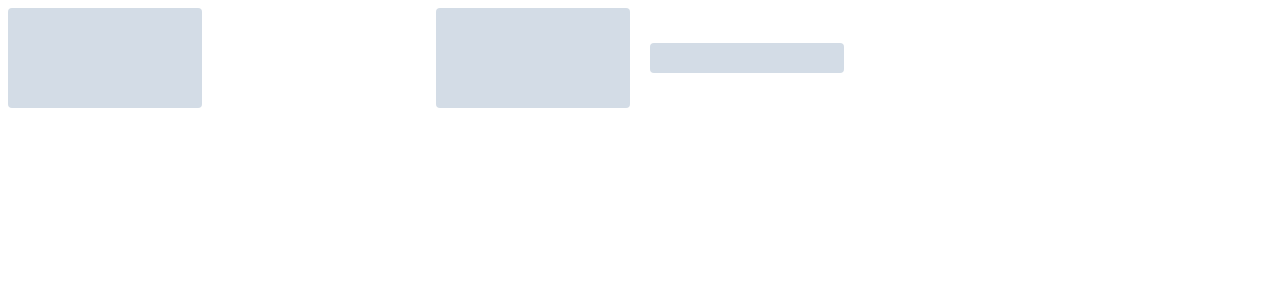
Repository: lagezhou888/element-vue2
Page: /#/button
These files come from the project's save history. The page is drawn as it stood at one moment and after a run of saves; the edit follows.
The browser window is 1280 px wide. The page is 1282 px wide, so the pictures cover 1282 px, including what lies to the right of the window. The pictures show the whole page.
The project was rebuilt for these pictures with package versions that can differ from the ones it lists, and the page was loaded fresh each time. Also part of the build but not shown: src/components/HelloWorld.vue, src/views/Home.vue.

Above is the page before, as saved 2021-05-13 11:30:50.

### src/main.js
import Vue from 'vue'
import ElementUI from 'element-ui'
import 'element-ui/lib/theme-chalk/index.css'
import App from './App.vue'

// fade/zoom 等
import 'element-ui/lib/theme-chalk/base.css'
// collapse 展开折叠
import CollapseTransition from 'element-ui/lib/transitions/collapse-transition'

import router from './router'
import store from './store'
import '@/plugins/element.js'

Vue.component(CollapseTransition.name, CollapseTransition)
Vue.use(ElementUI, { size: 'small', zIndex: 3000 })
Vue.use(ElementUI)
Vue.config.productionTip = false

new Vue({
  router,
  store,
  render: h => h(App)
}).$mount('#app')

### src/App.vue
<template>
  <div id="app">
    <!-- <div id="nav">
      <router-link to="/">Home</router-link> |
      <router-link to="/about">About</router-link>
    </div> -->
    <router-view/>
  </div>
</template>

<style lang="less">
#app {
  font-family: Avenir, Helvetica, Arial, sans-serif;
  -webkit-font-smoothing: antialiased;
  -moz-osx-font-smoothing: grayscale;
  text-align: center;
  color: #2c3e50;
}

#nav {
  padding: 30px;

  a {
    font-weight: bold;
    color: #2c3e50;

    &.router-link-exact-active {
      color: #42b983;
    }
  }
}
</style>

### src/router/index.js
import Vue from 'vue'
import VueRouter from 'vue-router'
import Home from '../views/Home.vue'

Vue.use(VueRouter)

const routes = [
  {
    path: '/',
    name: 'Home',
    component: Home
  },
  {
    path: '/about',
    name: 'About',
    // route level code-splitting
    // this generates a separate chunk (about.[hash].js) for this route
    // which is lazy-loaded when the route is visited.
    component: () => import(/* webpackChunkName: "about" */ '../views/About.vue')
  },
  {
    path: '/button',
    name: 'button',
    component: () => import('../views/components/use-button.vue')
  }
]

const router = new VueRouter({
  routes
})

export default router

### src/plugins/element.js
import Vue from 'vue'
import {
  Pagination,
  Dialog,
  Autocomplete,
  Dropdown,
  DropdownMenu,
  DropdownItem,
  Menu,
  Submenu,
  MenuItem,
  MenuItemGroup,
  Input,
  InputNumber,
  Radio,
  RadioGroup,
  RadioButton,
  Checkbox,
  CheckboxButton,
  CheckboxGroup,
  Switch,
  Select,
  Option,
  OptionGroup,
  Button,
  ButtonGroup,
  Table,
  TableColumn,
  DatePicker,
  TimeSelect,
  TimePicker,
  Popover,
  Tooltip,
  Breadcrumb,
  BreadcrumbItem,
  Form,
  FormItem,
  Tabs,
  TabPane,
  Tag,
  Tree,
  Alert,
  Slider,
  Icon,
  Row,
  Col,
  Upload,
  Progress,
  Spinner,
  Badge,
  Card,
  Rate,
  Steps,
  Step,
  Carousel,
  CarouselItem,
  Collapse,
  CollapseItem,
  Cascader,
  ColorPicker,
  Transfer,
  Container,
  Header,
  Aside,
  Main,
  Footer,
  Timeline,
  TimelineItem,
  Link,
  Divider,
  Image,
  Calendar,
  Backtop,
  PageHeader,
  CascaderPanel,
  Loading,
  MessageBox,
  Message,
  Notification
} from 'element-ui'

Vue.use(Pagination)
Vue.use(Dialog)
Vue.use(Autocomplete)
Vue.use(Dropdown)
Vue.use(DropdownMenu)
Vue.use(DropdownItem)
Vue.use(Menu)
Vue.use(Submenu)
Vue.use(MenuItem)
Vue.use(MenuItemGroup)
Vue.use(Input)
Vue.use(InputNumber)
Vue.use(Radio)
Vue.use(RadioGroup)
Vue.use(RadioButton)
Vue.use(Checkbox)
Vue.use(CheckboxButton)
Vue.use(CheckboxGroup)
Vue.use(Switch)
Vue.use(Select)
Vue.use(Option)
Vue.use(OptionGroup)
Vue.use(Button)
Vue.use(ButtonGroup)
Vue.use(Table)
Vue.use(TableColumn)
Vue.use(DatePicker)
Vue.use(TimeSelect)
Vue.use(TimePicker)
Vue.use(Popover)
Vue.use(Tooltip)
Vue.use(Breadcrumb)
Vue.use(BreadcrumbItem)
Vue.use(Form)
Vue.use(FormItem)
Vue.use(Tabs)
Vue.use(TabPane)
Vue.use(Tag)
Vue.use(Tree)
Vue.use(Alert)
Vue.use(Slider)
Vue.use(Icon)
Vue.use(Row)
Vue.use(Col)
Vue.use(Upload)
Vue.use(Progress)
Vue.use(Spinner)
Vue.use(Badge)
Vue.use(Card)
Vue.use(Rate)
Vue.use(Steps)
Vue.use(Step)
Vue.use(Carousel)
Vue.use(CarouselItem)
Vue.use(Collapse)
Vue.use(CollapseItem)
Vue.use(Cascader)
Vue.use(ColorPicker)
Vue.use(Transfer)
Vue.use(Container)
Vue.use(Header)
Vue.use(Aside)
Vue.use(Main)
Vue.use(Footer)
Vue.use(Timeline)
Vue.use(TimelineItem)
Vue.use(Link)
Vue.use(Divider)
Vue.use(Image)
Vue.use(Calendar)
Vue.use(Backtop)
Vue.use(PageHeader)
Vue.use(CascaderPanel)

Vue.use(Loading.directive)

Vue.prototype.$loading = Loading.service
Vue.prototype.$msgbox = MessageBox
Vue.prototype.$alert = MessageBox.alert
Vue.prototype.$confirm = MessageBox.confirm
Vue.prototype.$prompt = MessageBox.prompt
Vue.prototype.$notify = Notification
Vue.prototype.$message = Message

### src/views/components/use-button.vue
<template>
  <div>
    <el-row :gutter="20" tag="span" type="flex" align="middle" justify="start">
      <el-col :span="4"><div class="grid-content bg-purple"></div></el-col>
      <el-col :span="4"><div class="kong">&nbsp;</div></el-col>
      <el-col :span="4"><div class="grid-content bg-purple"></div></el-col>
      <el-col :span="4"><div class="grid-content-last bg-purple"></div></el-col>
    </el-row>
  </div>
</template>

<script>
export default ({

})
</script>

<style lang="less" scoped>
  @minH: 100px;
  .bg-purple {
    background: #d3dce6;
  }
  .grid-content {
    border-radius: 4px;
    min-height: @minH;
  }
  .grid-content-last {
    border-radius: 4px;
    min-height: 30px;
  }
  .kong {
    min-height: 1px;
  }
</style>

Loaded but not shown: public/index.html (common file); src/store/index.js (common file)

After the next 2 saves:
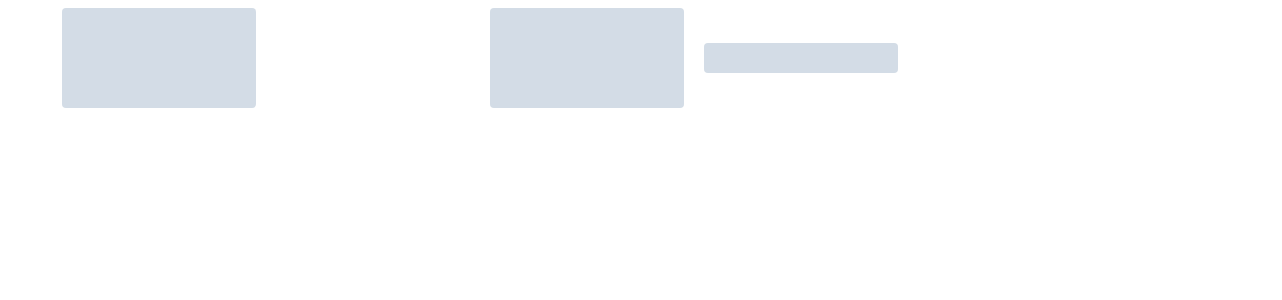
The 2 saves are shown as one change because 1 did not build or start.
The last was saved 77 s later.
--- a/src/views/components/use-button.vue
+++ b/src/views/components/use-button.vue
@@ -1,7 +1,7 @@
 <template>
   <div>
     <el-row :gutter="20" tag="span" type="flex" align="middle" justify="start">
-      <el-col :span="4"><div class="grid-content bg-purple"></div></el-col>
+      <el-col :span="4" :offset="1"><div class="grid-content bg-purple"></div></el-col>
       <el-col :span="4"><div class="kong">&nbsp;</div></el-col>
       <el-col :span="4"><div class="grid-content bg-purple"></div></el-col>
       <el-col :span="4"><div class="grid-content-last bg-purple"></div></el-col>
